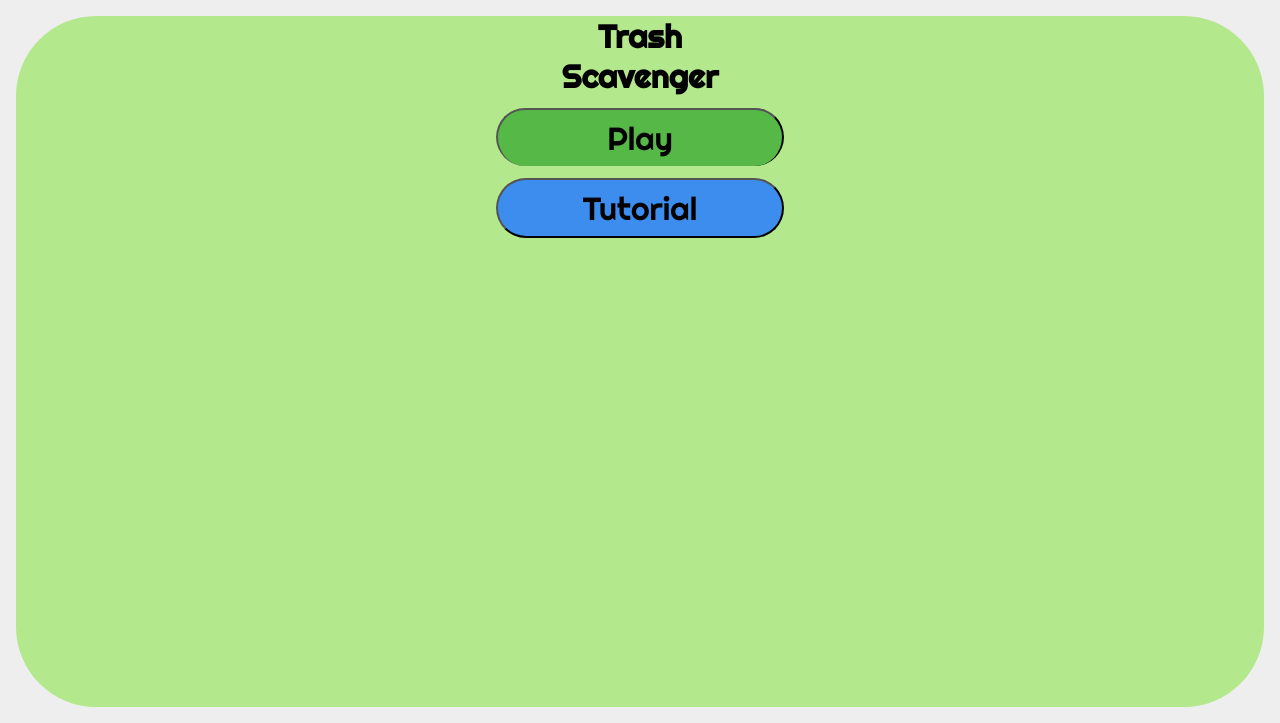
Repository: alemunden/Trash-Scavengers
Page: /QuizBegin
An editor plug-in stored every save of this project. The page is shown before and after the next save, followed by the edit.
The browser window is 1280 px wide. The pictures show the whole page.
The project was rebuilt for these pictures with package versions that can differ from the ones it lists, and the page was loaded fresh each time. The framework's server and built-in components were replaced by stand-ins that run in the browser. Also part of the build but not shown: next.config.mjs.

Above is the page before, as saved 2024-04-07 19:43:13.

### pages/QuizBegin.js
import styles from "@/styles/QuizBegin.module.css";
import Link from 'next/link'
import Button from "@/components/Button";

export default function QuizBegin() {
  return (
      <main className={styles.main}>
        <link rel="preconnect" href="https://fonts.googleapis.com"/>
        <link rel="preconnect" href="https://fonts.gstatic.com" crossorigin/>
        <link href="https://fonts.googleapis.com/css2?family=Righteous&display=swap" rel="stylesheet"/>
        <div className={styles.background}>
            <div className={styles.items}>
                <h1 className={styles.quizHeader}>Trash <br/>Scavenger</h1>
                <Link href='/quiz'>
                    <Button buttonText={'Play'} bgColor="#56B847" borderColor="#0B7908"/>
                </Link>
                <Button buttonText={'Tutorial'} bgColor="#3C8DEE"/>
            </div>
        </div>
      </main>
  );
}

### styles/globals.css
:root {
    --white: #eee;
    --black: #000;
    --light-green: #B4E88C;
}

* {
    box-sizing: border-box;
    padding: 0;
    margin: 0;
}

html, body {
    overflow-x: hidden;
    background-color: var(--white);
}

main {
    padding: 1rem;
}

h3 {
    padding-bottom: 2rem;
    color: #000105;
    font-size: 1.8rem;
}

li {
    list-style-type: none;
    cursor: pointer;
    margin: 9px 0;
    padding: 16px 8px;
    color: #000105;
}

.liHover:hover {
    background-color: #d8d8d8;
    columns: #fff;
}

.liSelected {
    color: #fff;
    background-color: #000925;
}

.container {
    max-width: 740px;
    width: 100%;
    margin: auto;
    padding: 1rem;
}

.quizContainer {
    background-color: #f8f8f8;
    padding: 1rem;
    margin-top: 2rem;
    border-radius: 4px;
}

.container p {
    padding: 8px 0;
}

### styles/QuizBegin.module.css
.background {
    background-color: var(--light-green);
    height: 96vh;
    border-radius: 5rem;
}

.main {
    padding: 1rem;
}

.items {
    display: flex;
    flex-direction: column;
    align-items: center;
}

.quizHeader {
    font-family: "Righteous", sans-serif;
    text-align: center;
}

### components/Button/index.js
import styles from './Button.module.css'

export default function Button({buttonText, bgColor, borderColor}) {
    return(
        <>
            <button className={styles.button} style={{backgroundColor: bgColor, borderBottom: borderColor}}>
                {buttonText}
            </button>
        </>
    )
}

### components/Button/Button.module.css
.button {
    padding: 0.5rem;
    border-radius: 2rem;
    width: 18rem;
    margin-top: 12px;
    font-size: 2rem;
    color: var(--black);
    font-family: "Righteous", sans-serif;
}

Loaded but not shown: pages/_app.js (common file); pages/_document.js (common file); pages/api/hello.js (common file)

After the next save:
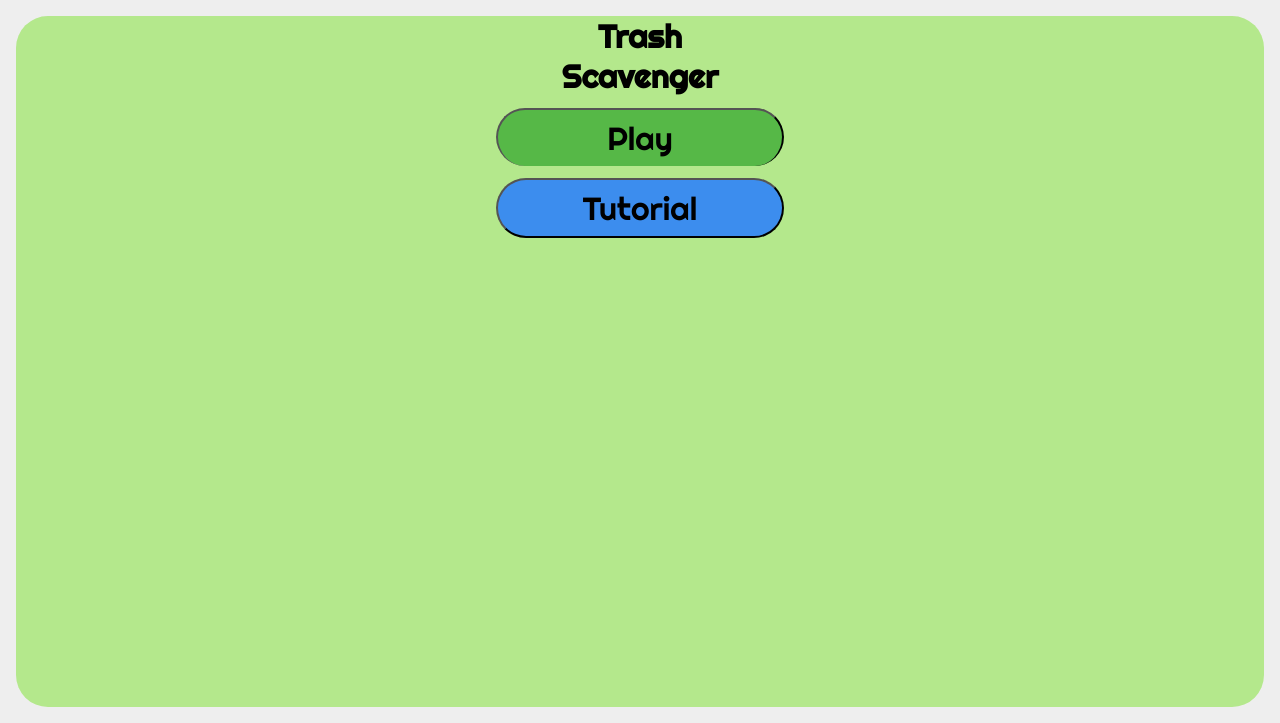
Saved 9 s later.
--- a/styles/QuizBegin.module.css
+++ b/styles/QuizBegin.module.css
@@ -1,7 +1,7 @@
 .background {
     background-color: var(--light-green);
     height: 96vh;
-    border-radius: 5rem;
+    border-radius: 2rem;
 }
 
 .main {
